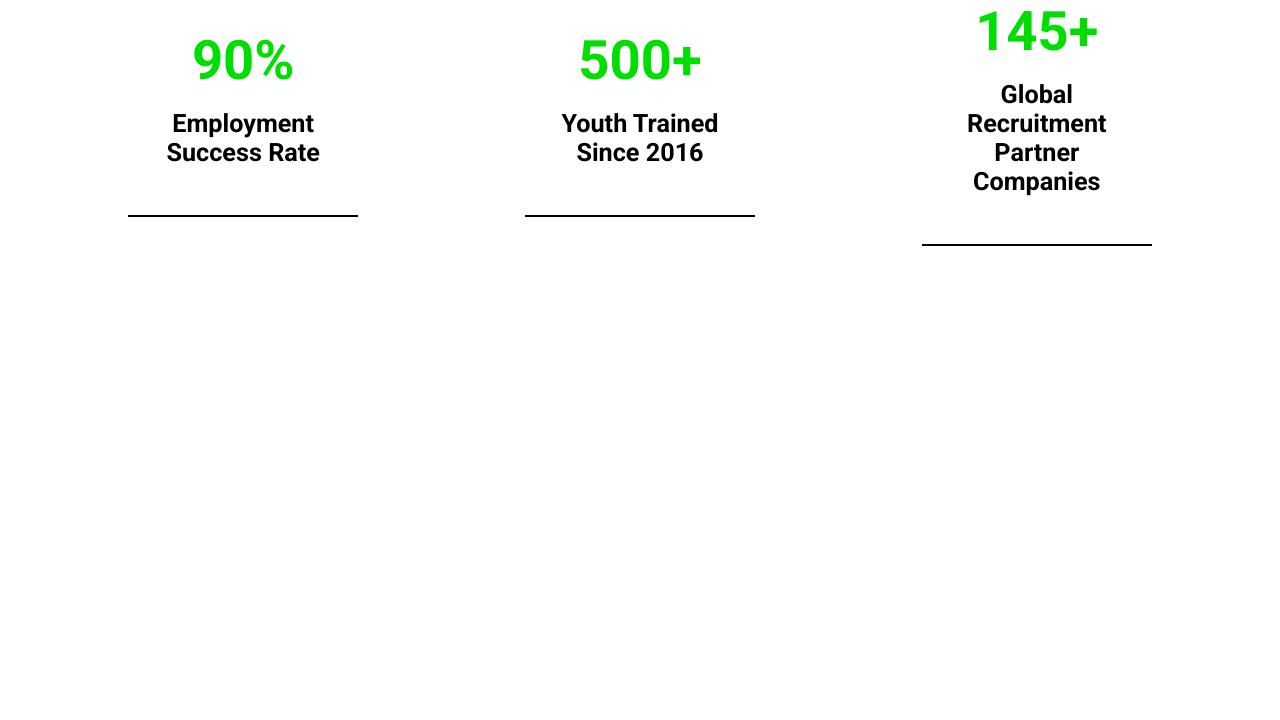
Repository: JeanPaulBassil/SE-Factory-Home-Page-Replica
Page: /
An editor plug-in stored every save of this project. The page is shown before and after a run of saves, followed by the edit.
The browser window is 1280 px wide. The pictures show the part of the page from y = 756 to 1476 px (the page is 1476 px tall).
The project was rebuilt for these pictures with package versions that can differ from the ones it lists, and the page was loaded fresh each time. Also part of the build but not shown: src/Components/Hero/Hero.css.

Above is the page before, as saved 2023-02-25 14:24:17.

### public/index.html
<!DOCTYPE html>
<html lang="en">
  <head>
    <meta charset="utf-8" />
    <link rel="icon" href="%PUBLIC_URL%/favicon.ico" />
    <meta name="viewport" content="width=device-width, initial-scale=1" />
    <meta name="theme-color" content="#000000" />
    <meta
      name="description"
      content="Web site created using create-react-app"
    />
    <link rel="preconnect" href="https://fonts.googleapis.com" />
    <link rel="preconnect" href="https://fonts.gstatic.com" crossorigin />
    <link
      href="https://fonts.googleapis.com/css2?family=Roboto:wght@400;500;700&display=swap"
      rel="stylesheet"
    />
    <link rel="apple-touch-icon" href="%PUBLIC_URL%/logo192.png" />
    <link rel="manifest" href="%PUBLIC_URL%/manifest.json" />
    <title>React App</title>
  </head>
  <body>
    <noscript>You need to enable JavaScript to run this app.</noscript>
    <div id="root"></div>
  </body>
</html>

### src/index.js
import './index.css'
import React from 'react';
import ReactDOM from 'react-dom/client';
import App from './App';

const root = ReactDOM.createRoot(document.getElementById('root'));
root.render(
  <App/>
);

### src/index.css
* {
    margin: 0;
    padding: 0;
    box-sizing: border-box;
}

body {
    color: white;
    font-family: 'Roboto', sans-serif;
}

### src/App.js
import Header from "./Components/Header/Header"
import Hero from "./Components/Hero/Hero"

export default function App(params) {
    return (
        <div className="app">
            <Header />
            <Hero />
        </div>
    )
};

### src/Components/Header/Header.js
import './Header.css';
import Navbar from '../Navbar/Navbar'
import HeaderContent from '../HeaderContent/HeaderContent'

export default function Header(params) {
    return (
        <header className="header">
            <Navbar />
            <HeaderContent/>
        </header>
    )
};

### src/Components/Hero/Hero.js
import Stats from "../Stats/Stats"
import './Hero.css'

export default function Hero(params) {
    return(
        <div className="hero">
            <Stats/>
        </div>
    )
};

### src/Components/Header/Header.css
.header {
    background-color: rgba(0, 0, 0, .5);
    background-image: url("https://images.squarespace-cdn.com/content/v1/5e4442200ffeee35974d1060/1586049970296-14DH7UEP2UWJREIELJ3K/IMG_9780.JPG?format=2500w");
    width: auto;
    height: 105vh;
    background-size: cover;
    background-blend-mode: multiply;
    background-repeat: no-repeat;
    background-position-y: -100px;
}

### src/Components/Navbar/Navbar.js
import './Navbar.css'
import Links from '../Links/Links'

export default function Navbar(params) {
    return (
        <div className="navbar">
            <img src="https://images.squarespace-cdn.com/content/v1/5e4442200ffeee35974d1060/f4e4a30d-4b0d-4e5f-a2e8-4e2da9234088/SE-Grey-Icon-RGB-01+copy.png?format=1500w" alt="SE Factory"/>
            <Links/>
        </div>
    )
};

### src/Components/HeaderContent/HeaderContent.js
import './HeaderContent.css'

export default function HeaderContent(params) {
    return (
        <div className="header-content">
            <h1>
            <strong>Empowering youth</strong>
            <br/>
            with tech jobs
            </h1>
            <p>SE Factory's top-ranked training programs graduate <br/>tech professionals working for companies all over<br/>the world.</p>
            <button>Learn More</button>
        </div>
    )
};

### src/Components/Stats/Stats.js
import Stat from '../stat/stat'
import './Stats.css'

export default function Stats(params) {
    const data = [{
        number: '90%',
        text: 'Employment Success Rate'
    },
    {
        number: '500+',
        text: 'Youth Trained Since 2016'
    },
    {
        number: '145+',
        text: 'Global Recruitment Partner Companies'
    }]
    const stats = data.map(part => {
        return (
            <Stat number={part.number} text={part.text}/>
        )
    })
    return(
        <div className="stats">
            <div className='stats-grid1'>
                {stats}
            </div>
            <div className='stats-grid2'>

            </div>
        </div>
    )
};

### src/Components/Navbar/Navbar.css
.navbar {
    margin: auto;
    height: 130px;
    width: 90%;
    padding: 10px;
    display: flex;
    justify-content: space-between;
    align-items: center;
}

.navbar > img {
    height: 80px;
    width: 80px;
}

### src/Components/Links/Links.js

import React from "react";
import './Links.css'

export default function Links({type}) {
  const mainNames = ["Home", "Get Trained", "Hire Talent", "FAQs", "Blog", "About Us", "Contact", "Apply Now"];
  const applyNames = ["Full Stack Web Development", "Foundations of Computer Science"];

  if (type === 'Apply') {
    const applyLinks = applyNames.map(name => {
        return(
                <a href="./">{name}</a>
        )
    })
    return (
        <ul className="dropdown-content">
          {applyLinks}
        </ul>
    )
  } else {
    const mainLinks = mainNames.map(name => {
      if (name === 'Apply Now'){
        return(
          <li key={name} className="dropdown">
              <button class="dropbtn">Apply Now</button>
              <Links type="Apply"/>

          </li>
        )
      } else {
        return (
          <li key={name}>
            <a href={`#${name}`}>
              {name}
            </a>
          </li>
        )
      }
    });

    return (
      <nav >
        <ul className="nav">
          {mainLinks}
        </ul>
      </nav>
    )
  }
};

### src/Components/HeaderContent/HeaderContent.css
.header-content > h1 {
    font-size: calc(3.5 * 1rem);
    line-height: calc(1.3 * (1 + (1 - 3.5)/25))
}

.header-content{
    position: absolute;
    bottom: 0;
    display: flex;
    flex-direction: column;
    justify-content: space-between;
    margin-left: 70px;
    height: 50vh;
}

.header-content > p{
    margin: 1rem 0;
    font-size: calc((1.6 - 1) * 1.2vw + 1rem)
}

.header-content > button {
    width: 133px;
    height: 50px;
    background-color: #0d0;
    color: white;
    border: none;
    border-radius: 10px;
    font-weight: 800;
    font-size: 16px;
}

### src/Components/stat/stat.js
import "./stat.css"

export default function stat({number, text}) {
    return(
        <div className="stat">
            <h1>{number}</h1>
            <p><strong>{text}</strong></p>
        </div>
    )
};

### src/Components/Stats/Stats.css
.stats {
    background-color: white;
    height: 100vh;
    display: grid;
    grid-template-rows: 1fr 2fr;
    color: black;
    width: 80vw;
    margin: auto;
}

.stats-grid1 {
    display: flex;
    justify-content: space-between;
    align-items: center;
}

### src/Components/Links/Links.css
.nav{
    display: flex;
    flex-direction: row;
    list-style-type: none;
    align-items: center;
    justify-content: center;
    font-weight: 600;
}
.nav > li:nth-of-type(1){
    border-bottom: 1px solid white;
    padding-bottom: 10px;
    align-self: flex-end;
}

li {
    margin-right: 30px;
}

a {
    text-decoration: none;
    color: white;
}


.dropdown {
    position: relative;
    display: inline-block;
  }

.dropbtn {
background-color: #0d0;
padding: 10px;
font-size: 16px;
border: none;
cursor: pointer;
color: white;
border-radius: 5px
}

.dropdown-content {
display: none;
position: absolute;
z-index: 1;
background-color: #fff;
min-width: 160px;
width: 300px;
box-shadow: 0px 8px 16px 0px rgba(0,0,0,0.2);
left: auto;
right: 0;
}

.dropdown-content a {
color: #333;
padding: 12px 16px;
text-decoration: none;
display: block;
}


.dropdown-content a:hover {
background-color: #f1f1f1;
}

.dropdown:hover > .dropdown-content {
display: block;
}

.dropbtn:focus {
outline: none;
}

### src/Components/stat/stat.css
.stat{
    display: flex;
    flex-direction: column;
    align-items: center;
    justify-content: space-between;
    width: 18vw;
    text-align: center;
    border-bottom: 2px solid black;
}

.stat > h1 {
    color: #0d0;
    font-size: calc((3.5 - 1) * 1.2vw + 1rem);
    line-height: calc(1.3 * (1 + (1 - 3.5)/25));
}

.stat > p {
    color: black;
    margin: 1rem;
    margin-bottom: 3rem;
    font-size: calc((1.6 - 1) * 1.2vw + 1rem);
}

Loaded but not shown: src/Components/Hero/Hero.css (no copy from this time; the picture is the same without it)

After the next 2 saves:
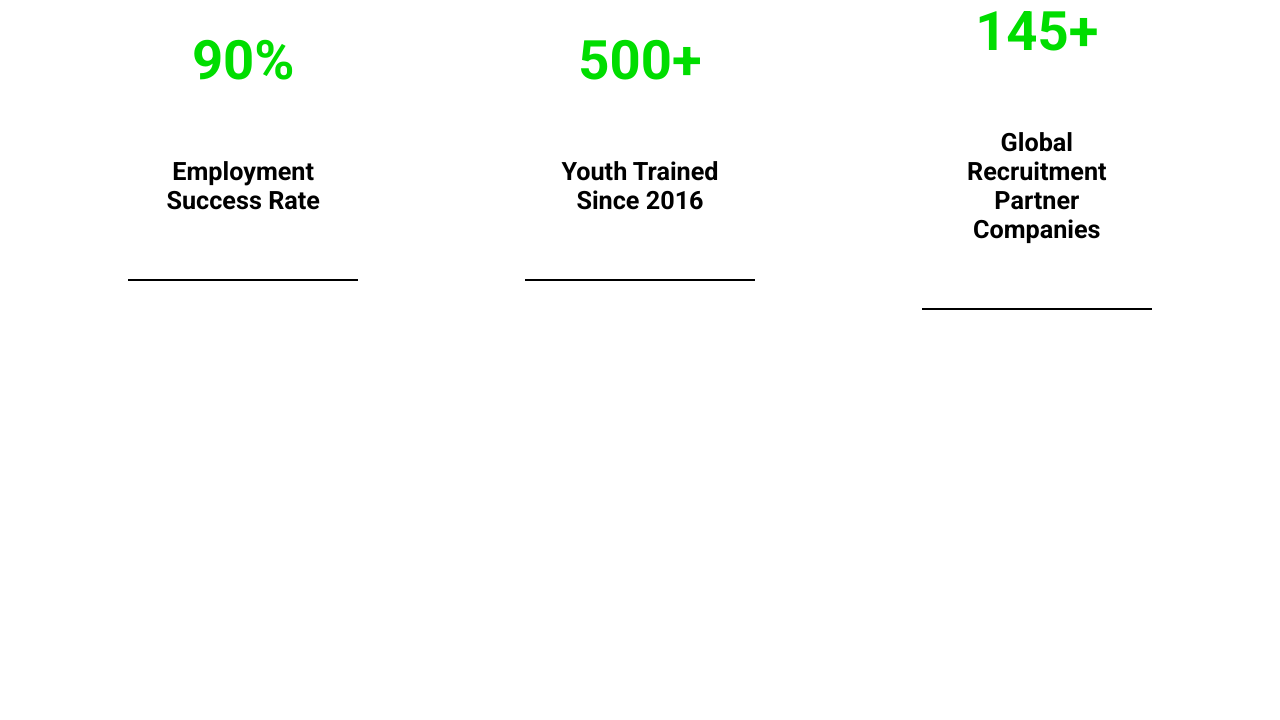
The 2 saves are shown as one change because they came seconds apart.
The last was saved 15 s later.
--- a/src/Components/stat/stat.css
+++ b/src/Components/stat/stat.css
@@ -16,7 +16,6 @@
 
 .stat > p {
     color: black;
-    margin: 1rem;
-    margin-bottom: 3rem;
+    margin: 4rem  1rem;
     font-size: calc((1.6 - 1) * 1.2vw + 1rem);
 }
